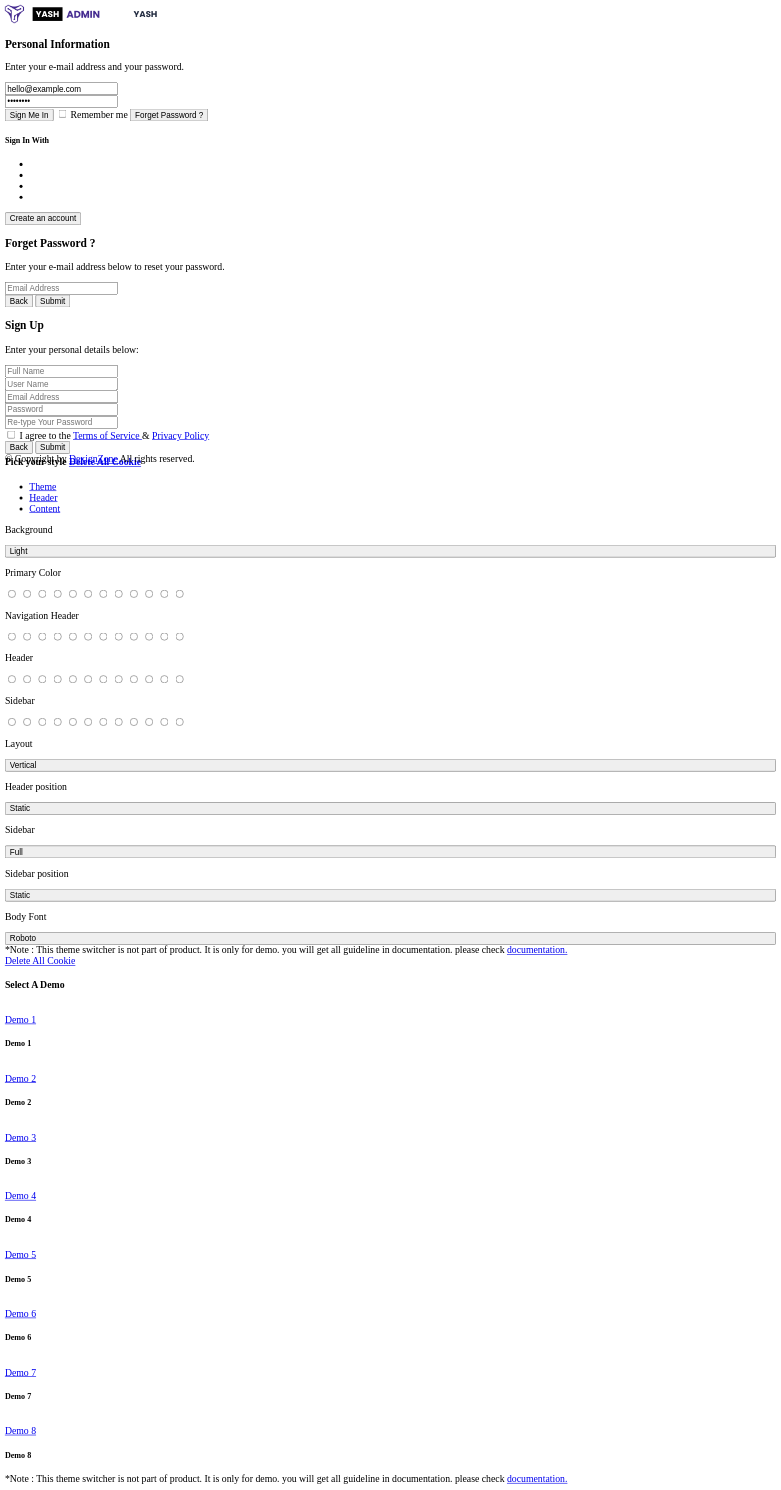
Repository: greatchriz/shipery
Page: http://localhost/login
An editor plug-in stored every save of this project. The page is shown before and after the next save, followed by the edit.
The browser window is 1280 px wide. The pictures show the whole page, at 61% of full size.
The page is served by the project's Laravel application, run on PHP 8.4 with Laravel 10.

Above is the page before, as saved 2024-01-27 05:04:25.

After the next save:
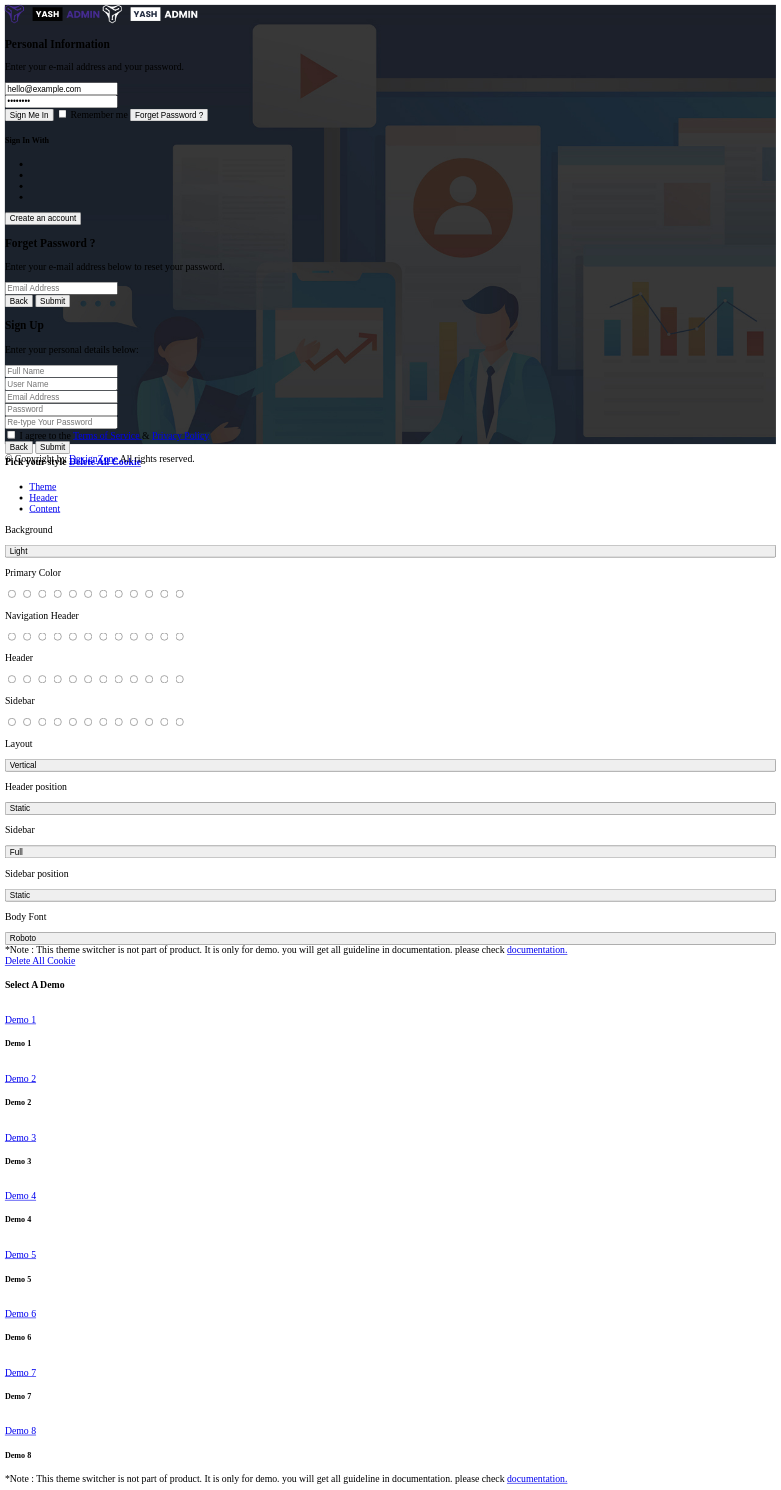
Saved 58 s later.
--- a/resources/views/auth/login.blade.php
+++ b/resources/views/auth/login.blade.php
@@ -30,7 +30,7 @@
 		<!-- Content -->
 		<div class="browse-job login-style3">
 			<!-- Coming Soon -->
-			<div class="bg-img-fix overflow-hidden" style="background:#fff url(images/background/bg6.jpg); height: 100vh;">
+			<div class="bg-img-fix overflow-hidden" style="background:#fff url(/otherp/images/background/bg6.jpg); height: 100vh;">
 				<div class="row gx-0">
 					<div class="col-xl-4 col-lg-5 col-md-6 col-sm-12 vh-100 bg-white ">
 						<div id="mCSB_1" class="mCustomScrollBox mCS-light mCSB_vertical mCSB_inside" style="max-height: 653px;" tabindex="0">
